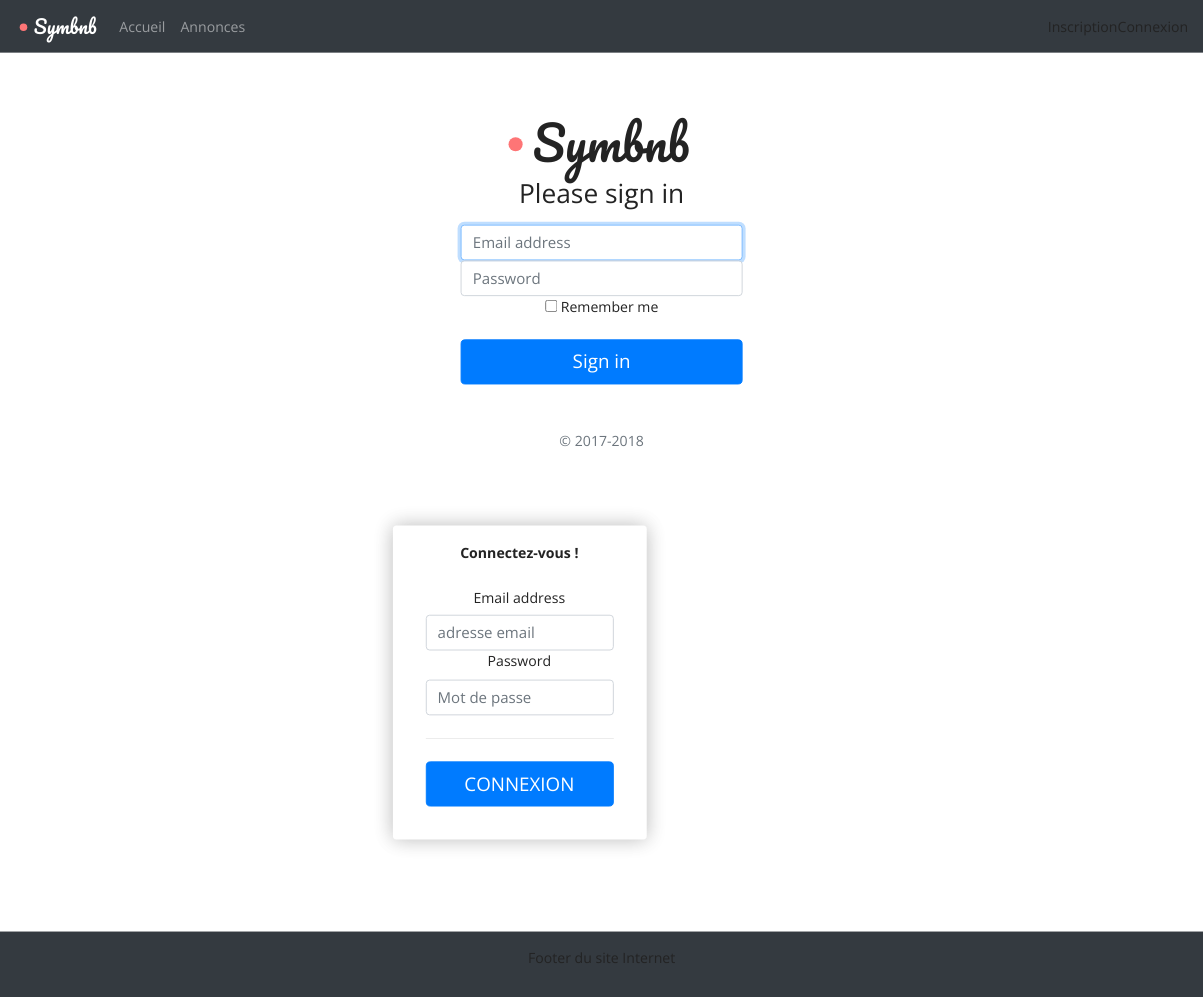
Repository: buzzEclair/symbnb
Page: templates/account/login.html.twig
The author's editor kept a copy of each file at every save. The page is drawn from the files as they stood at one save, then again after the next save.
The browser window is 1280 px wide. The pictures show the whole page, at 94% of full size.
The page is a Twig template of a Symfony application; nobody is signed in and links lead nowhere. The template is opened directly, without the code that normally fills it, so the values that code supplies are empty.

Above is the page before, as saved 2019-03-15 14:09:26.

### templates/account/login.html.twig
{% extends 'base.html.twig' %}

{% block title %}Connectez vous !{% endblock %}

{% block body %}
<div class="container text-center">
        <form class="form-signin">
                <h1 class="logo">Symbnb</h1>
                <h1 class="h3 mb-3 font-weight-normal">Please sign in</h1>
                {% if hasError %}
                    <div class="alert alert-danger">Une erreur est survenue, le nom d'utilisateur est invalide</div>
                 {% endif %}
                <label for="inputEmail" class="sr-only">Email address</label>
                <input type="email" id="inputEmail" class="form-control" placeholder="Email address" required="" autofocus="">
                <label for="inputPassword" class="sr-only">Password</label>
                <input type="password" id="inputPassword" class="form-control" placeholder="Password" required="">
                <div class="checkbox mb-3">
                  <label>
                    <input type="checkbox" value="remember-me"> Remember me
                  </label>
                </div>
                <button class="btn btn-lg btn-primary btn-block" type="submit">Sign in</button>
                <p class="mt-5 mb-3 text-muted">© 2017-2018</p>
              </form>
    <div class="row">
        <div class="col-sm-9 col-md-7 col-lg-5 mx-auto">
            <div class="card card-signin my-5">
            <div class="card-body">
                <h5 class="card-title text-center">Connectez-vous !</h5>



                <form class="form-signin" action="{{ path('account_login') }}" method="POST">
                <div class="form-label-group">
                    <label for="email">Email address</label>

                    <input type="text" class="form-control" name="_username" id="email" placeholder="adresse email" required autofocus value={{username}}>
                </div>

                <div class="form-label-group">
                    <label for="password">Password</label>
                    <input type="password" name="_password" id="password" placeholder="Mot de passe" class="form-control" required >

                </div>

                <hr class="my-4">
                <button class="btn btn-lg btn-primary btn-block text-uppercase" type="submit">Connexion</button>
                </form>
            </div>
            </div>
        </div>
    </div>
</div>
{% endblock %}

### templates/base.html.twig
<!DOCTYPE html>
<html>
    <head>
        <meta charset="UTF-8">
        <title>{% block title %}Welcome!{% endblock %}</title>
        <link rel="stylesheet" href="/css/bootstrap.min.css">
        <link rel="stylesheet" href="https://use.fontawesome.com/releases/v5.7.2/css/all.css" integrity="sha384-fnmOCqbTlWIlj8LyTjo7mOUStjsKC4pOpQbqyi7RrhN7udi9RwhKkMHpvLbHG9Sr" crossorigin="anonymous">
        <link href="https://fonts.googleapis.com/css?family=Open+Sans:400,600,700" rel="stylesheet">
        <link href="https://fonts.googleapis.com/css?family=Pacifico" rel="stylesheet">

        <link rel="stylesheet" href="/css/base.css">
        {% block stylesheets %}{% endblock %}
    </head>
    <body>

        {% include 'partials/header.html.twig' %}


        {% block body %}{% endblock %}
        {% include 'partials/footer.html.twig' %}
        <script src="/js/jquery.min.js"></script>
        <script src="/js/popper.min.js"></script>
        <script src="/js/bootstrap.min.js"></script>
        {% block javascripts %}{% endblock %}
    </body>
</html>

### templates/partials/header.html.twig
<nav class="navbar navbar-expand-md navbar-dark bg-dark">
    <a class="navbar-brand logo" href="{{path('homepage')}}"><span class="round-logo"></span>Symbnb</a>


    {% if is_granted('ROLE_ADMIN') %}
    <a href="{{path('admin_dashboard')}}">Dashboard</a>
    {% endif %}
    <button class="navbar-toggler" type="button" data-toggle="collapse" data-target="#navbarColor01" aria-controls="navbarColor01" aria-expanded="false" aria-label="Toggle navigation">
        <span class="navbar-toggler-icon"></span>
    </button>

    <div class="collapse navbar-collapse" id="navbarColor01">
        <ul class="navbar-nav mr-auto">
            <li class="">
                <a class="nav-link" href="{{path('homepage')}}">Accueil </a>
            </li>
            <li class="">
                <a class="nav-link" href="{{path('ads_index')}}">Annonces </a>
            </li>
        </ul>

        <ul class="navbar-nav ml-auto">
            {% if app.user %}
            <div class="dropdown">
                <button class="btn btn-dark dropdown-toggle btn-sm" type="button" id="dropdownMenuButton" data-toggle="dropdown" aria-haspopup="true" aria-expanded="false">
                    <img src="{{ app.user.picture }}" alt="{{ app.user.slug }}" class="rounded-circle user-avatar-nav" > {{app.user.firstName}}
                </button>
                <div class="dropdown-menu dropdown-menu-right dropdown-account" aria-labelledby="dropdownMenuButton ">
                    <a class="dropdown-item" href="{{ path('account_index') }}"><i class="fas fa-user-circle"></i> Mon compte</a>
                    <div class="dropdown-divider"></div>
                    <a class="dropdown-item" href="{{ path('ads_create') }}"><i class="fas fa-list-alt"></i> Créer une annonce</a>
                    <a class="dropdown-item" href="{{ path('account_bookings') }}"><i class="fas fa-book"></i> Mes réservations</a>
                    <a class="dropdown-item" href="{{ path('account_profile') }}"><i class="fas fa-info-circle"></i> Modifier mes informations</a>
                    <a class="dropdown-item" href="{{ path('account_update_password') }}"><i class="fas fa-key"></i> Changer de mot de passe</a>

                    <div class="dropdown-divider"></div>
                    <a class="dropdown-item" href="{{ path('account_logout') }}"><i class="fas fa-times-circle"></i> Logout</a>
                </div>
            </div>
            {% else %}
                <li class="nav-item">
                    <a href="{{ path('account_register') }}">Inscription</a>
                </li>
                <li class="nav-item">
                    <a href="{{ path('account_login') }}">Connexion</a>
                </li>
            {% endif %}

        </ul>

    </div>
</nav>

{% for label, messages in app.flashes %}
    <div class="container">
        <div class="alert alert-{{label}}">
            {% for message in messages %}
                <p>{{ message | raw }}</p>
            {% endfor %}
        </div>
    </div>
{% endfor %}

### templates/partials/footer.html.twig
<footer class="mt-5 bg-dark py-3 text-center mt-5">
    <p>Footer du site Internet</p>
</footer>

### public/css/base.css
body, a{
    color: #232323;
    font-family: 'Open Sans', sans-serif;
    font-size: 15px;
}

.logo{
    font-family: 'Pacifico', cursive;
    font-size: 20px;
    position: relative;
    margin-left: 20px;
}

.logo::before{
    content: '';
    position: absolute;
    width: 8px;
    height: 8px;
    border-radius: 100%;
    background: #fe7576;
    margin-top: 12px;
    margin-left: -15px;;
}

ul{
    padding: 0;
}

ul li{
    list-style: none;
}
.card-parameter-stars i{
    color: #008489;
    font-size: 12px;
    letter-spacing: -3px;
}

.datepicker table tr td.disabled{
    color: crimson !important;
    background: rgba(0, 0, 0, 0.815);
}

.container{
    margin-top: 50px;
}

.card{
    max-width: 270px;
    border: none;
    margin-bottom: 50px !important;
    box-shadow: 1px 1px 21px 0 rgba(0,0,0,0.14), -1px -1px 21px 0 rgba(0,0,0,0.14);
    transition-duration: 0.5s;
}

.card h6{
   font-size: 13px;
   font-weight: 600;
}

.card h5{
   font-size: 15px;
   font-weight: 900;
}

.card-ad img{
    min-height: 160px;
}

.card:hover{
    box-shadow: 1px 1px 21px rgba(254,117,118,0.4), -1px -1px 21px 0 rgba(254,117,118,0.4);
}

.card-info-1{
    font-size: 13px;
}

.card-info-2{
    font-size: 13px;
    font-weight: 600;
    margin-bottom: 0;
}

a:hover{
    text-decoration: none;
    color: #232323;
}

.title-page-header{
    margin-bottom: 40px;
}

.user-avatar-nav{
    width: 30px;
    margin-right: 5px;
}

.dropdown-account i {
    color: #008489;
}

.block-profile{
    box-shadow: 1px 1px 21px 0 rgba(0, 0, 0, 0.062), -1px -1px 21px 0 rgba(0, 0, 0, 0.062);
    border-radius: 4px;
    padding: 10px;
    margin-bottom: 30px;
}

.block-profile p{
    margin-bottom: 5px;
}

.block-profile .booking-profile .booking-profile-ligne{
    background: #f3f3f3;
    height: 80px;
    width: 100%;
    border-radius: 4px;
    display: flex;
    align-items: center;
    margin-bottom: 5px;
    margin-top: 5px;
}

.block-profile .booking-profile .booking-profile-ligne img{
    width: 60px;
    height: 60px;
    border-radius: 100%;
}

.block-profile .booking-profile .booking-profile-ligne .info-booking-profile{
    font-size: 11px;
    display: flex;
    flex-direction: column;
}

.block-profile .booking-profile .booking-profile-ligne .info-booking-profile span{
    margin-left: 10px;
}

.block-profile .booking-profile .booking-profile-ligne .info-booking-profile a{
    font-size: 10px;
    background: #fe7576;
    color: white;
}

.block-profile .ad-profile a img{
    width: 100px;
    height: 100px;
    border-radius: 100%;

}
.block-profile .ad-profile p{
    font-size: 13px;
    color: #008489;
}

.profile-option li{
    margin-top: 20px;
    font-size: 12px;
}

.ad-content{
    margin-top: 50px;
}

.ad-info h5{
    font-size: 15px;
    font-weight: 600;
}

.ad-info h4{
    font-size: 25px;
    font-weight: 900;
}

.ad-info h6{
    font-size: 15px;
}

.img-ad{
    padding:0;
}

.img-ad img{
   width: 100%;
}

.card-booking{
    max-width: 100%;
}

.card-booking .img-ad-user{
    height: 45px;
    border-radius: 100%;
}

span.price-booking{
    font-size: 21px;
    font-weight: 900;
}

.card-booking-stars{
    font-size: 13px;
}
.card-booking-stars .param-booking-stars i{
    color: #008489;
    font-size: 10px;
    letter-spacing: -3px;
}

.card-parameter-vote{
    margin-left: 5px;
}

.btn-booking{
    display: block;
    background: #fe7576;
    height: 42px;
    width: 80%;
    color: white;
    text-align: center;
    line-height: 40px;
}

.btn-booking:hover{
    color: white;
}
.media-comment{
    margin-bottom: 20px;
}
.media-comment img{
    width: 64px;
}

.media-comment h5{
    font-size: 15px;
}

.media-comment i{
    font-size: 11px;
    letter-spacing: -3px;
    color: #008489;
}

.media-body{
    background: #c4dedf;
    padding: 5px;
    border-radius: 4px;
}

.card-ad{
    margin: 0 auto;
}

.form-signin {
    width: 100%;
    max-width: 330px;
    padding: 15px;
    margin: 0 auto;
}

h1.logo{
    font-size: 50px;
}

h1.logo::before{
    width: 15px;
    height: 15px;
    margin-top: 25px;
    margin-left: -25px;
}

Loaded but not shown: public/css/bootstrap.min.css (library); public/js/jquery.min.js (library); public/js/popper.min.js (library); public/js/bootstrap.min.js (library)

After the next save:
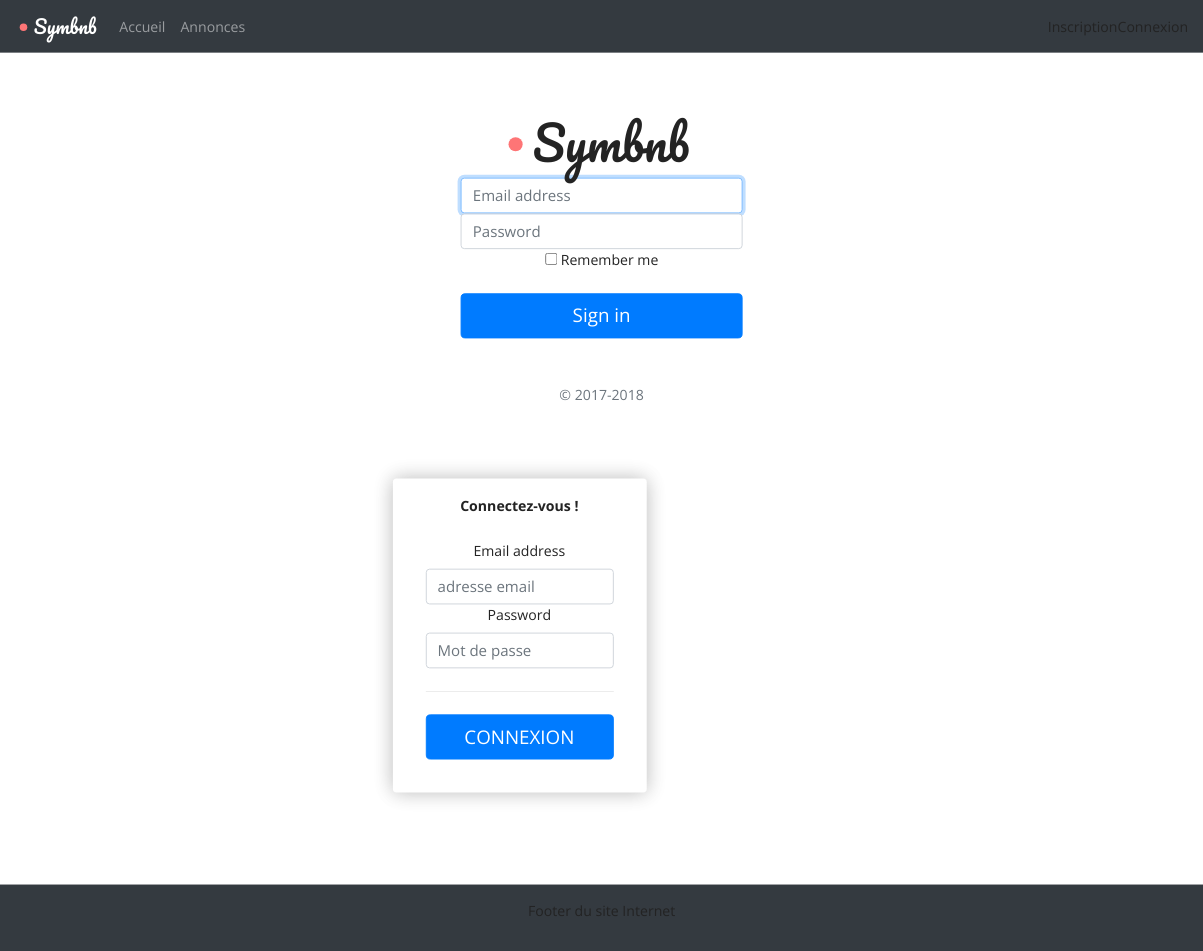
Saved 37 s later.
--- a/templates/account/login.html.twig
+++ b/templates/account/login.html.twig
@@ -6,7 +6,7 @@
 <div class="container text-center">
         <form class="form-signin">
                 <h1 class="logo">Symbnb</h1>
-                <h1 class="h3 mb-3 font-weight-normal">Please sign in</h1>
+
                 {% if hasError %}
                     <div class="alert alert-danger">Une erreur est survenue, le nom d'utilisateur est invalide</div>
                  {% endif %}
